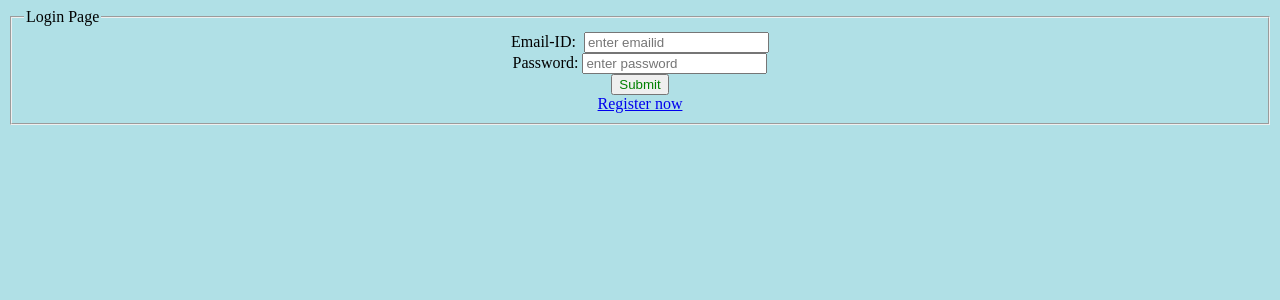
Repository: Tharungandhi/ServeltProject
Page: ServletJDBCApp/WebContent/login.html
An editor plug-in stored every save of this project. The page is shown before and after the next save, followed by the edit.
The browser window is 1280 px wide. The pictures show the whole page.

Above is the page before, as saved 2019-01-29 10:48:09.

After the next save:
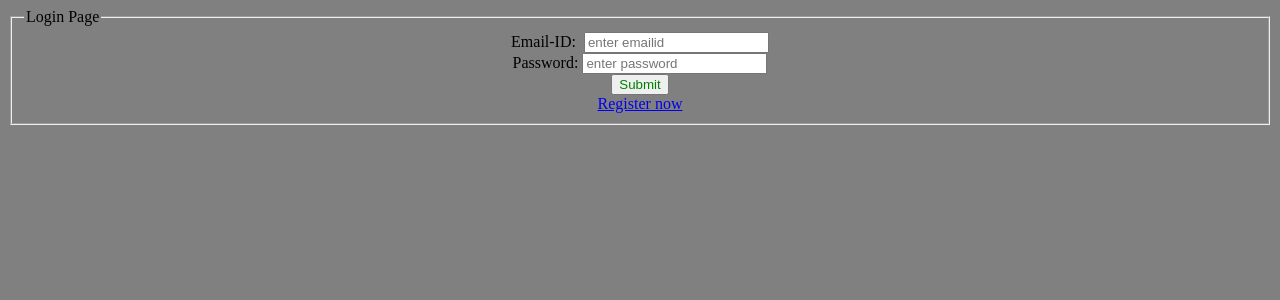
Saved 40 s later.
--- a/ServletJDBCApp/WebContent/login.html
+++ b/ServletJDBCApp/WebContent/login.html
@@ -19,7 +19,7 @@
 <head>
 <style>
     body {
-      background-color: powderblue;
+      background-color: gray;
     }
 
 
